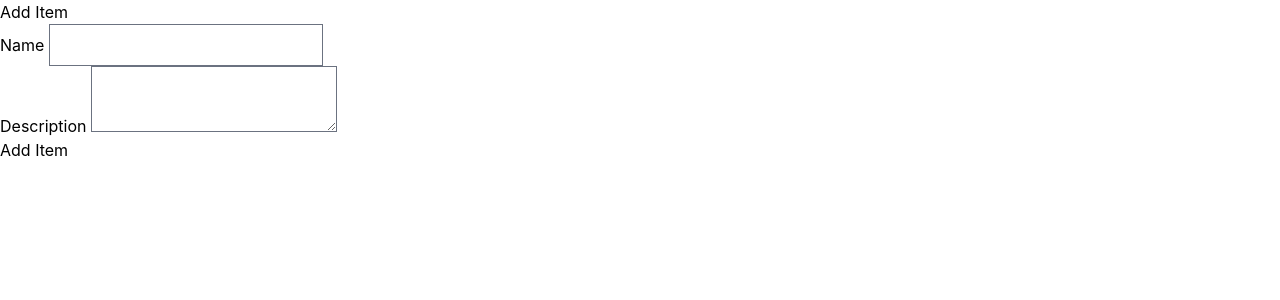
Repository: kimjayluta/first-node
Page: index.html
The author's editor kept a copy of each file at every save. The page is drawn from the files as they stood at one save, then again after the next save.
The browser window is 1280 px wide. The pictures show the whole page.
Some web libraries are served in a nearby version.

Above is the page before, as saved 2024-05-16 22:04:34.

### index.html
<!DOCTYPE html>
<html lang="en">
<head>
    <meta charset="UTF-8">
    <meta name="viewport" content="width=device-width, initial-scale=1.0">
    <title>Node.js Express MongoDB Flowbite Example</title>
    <link href="https://cdn.jsdelivr.net/npm/flowbite@1.0.3/dist/flowbite.min.css" rel="stylesheet">
</head>
<body>
    <div class="container">
        <h1>Add Item</h1>
        <form id="addItemForm">
            <div class="field">
                <label class="label">Name</label>
                <input class="input" type="text" id="name" name="name" required>
            </div>
            <div class="field">
                <label class="label">Description</label>
                <textarea class="textarea" id="description" name="description" required></textarea>
            </div>
            <button class="button is-primary">Add Item</button>
        </form>
    </div>

    <script>
        document.getElementById('addItemForm').addEventListener('submit', async (e) => {
            e.preventDefault();

            const name = document.getElementById('name').value;
            const description = document.getElementById('description').value;

            try {
                const response = await fetch('/api/products', {
                    method: 'POST',
                    headers: {
                        'Content-Type': 'application/json'
                    },
                    body: JSON.stringify({ name, description })
                });

                if (response.ok) {
                    alert('Item added successfully');
                    document.getElementById('addItemForm').reset();
                } else {
                    const errorMessage = await response.text();
                    throw new Error(errorMessage);
                }
            } catch (error) {
                console.error('Error:', error);
                alert('An error occurred while adding the item');
            }
        });
    </script>
</body>
</html>

After the next save:
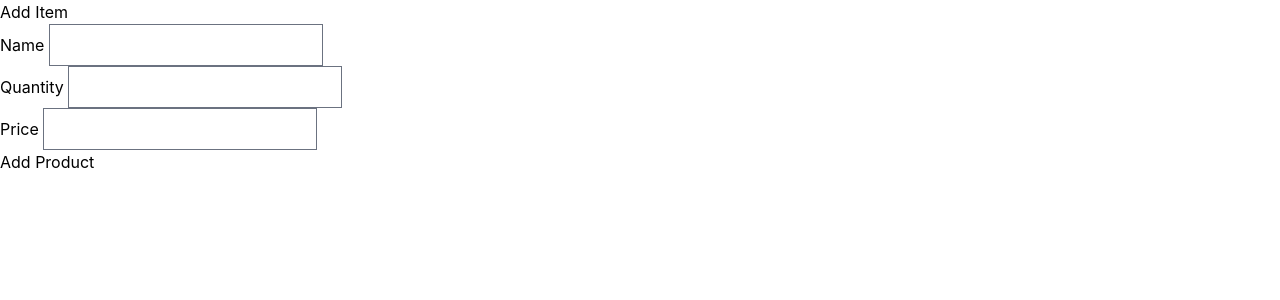
Saved 84 s later.
--- a/index.html
+++ b/index.html
@@ -15,10 +15,14 @@
                 <input class="input" type="text" id="name" name="name" required>
             </div>
             <div class="field">
-                <label class="label">Description</label>
-                <textarea class="textarea" id="description" name="description" required></textarea>
+                <label class="label">Quantity</label>
+                <input class="input" type="number" id="quantity" name="quantity" required>
             </div>
-            <button class="button is-primary">Add Item</button>
+            <div class="field">
+                <label class="label">Price</label>
+                <input class="input" type="number" id="price" name="price" required>
+            </div>
+            <button class="button is-primary">Add Product</button>
         </form>
     </div>
 
@@ -35,7 +39,7 @@
                     headers: {
                         'Content-Type': 'application/json'
                     },
-                    body: JSON.stringify({ name, description })
+                    body: JSON.stringify({ name, quantity, price })
                 });
 
                 if (response.ok) {
